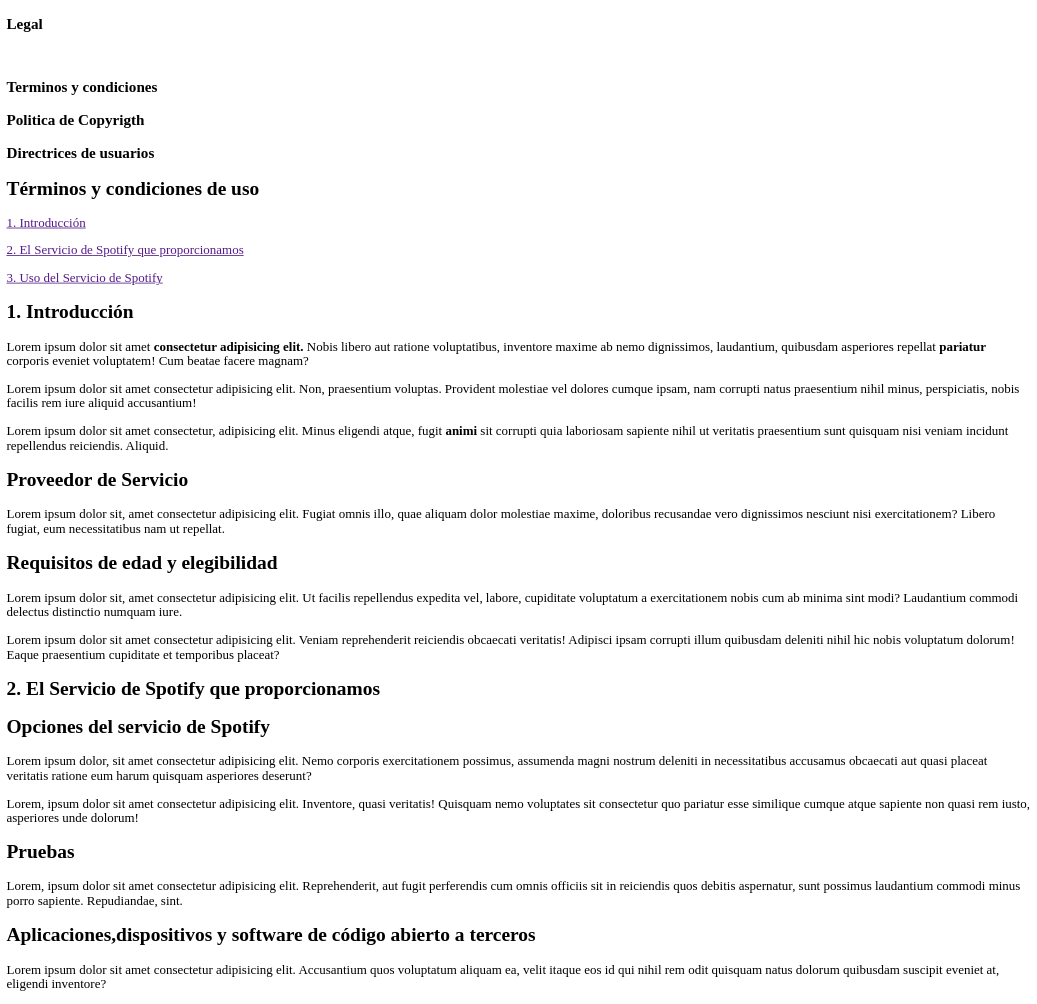
Repository: Devbenitez/Gen_30
Page: Gen_30/Maquetado/practicas/index.html
These files come from the project's save history. The page is drawn as it stood at one moment and after the next save; the edit follows.
The browser window is 1280 px wide. The pictures show the whole page, at 81% of full size.

Above is the page before, as saved 2023-11-07 23:30:09.

### Gen_30/Maquetado/practicas/index.html
<!DOCTYPE html>
<html lang="es">
    <meta charset="UTF-8" />
    <meta name="descripción" content="=practica1"/>
    <meta name="author" content="danielbenitez" />
<head>
<title>Practica spotify</title>
</head>
<body>
<main>
<h3><b>Legal</b></h3><br />
<h3>Terminos y condiciones</h3>
<h3>Politica de Copyrigth</h3>
<h3>Directrices de usuarios</h3>
</main>
<section>
    <h1>Términos y condiciones de uso</h1>
</section>
<section>
    <p><a href="">1. Introducción</a></p>
    <p><a href="">2. El Servicio de Spotify que proporcionamos</a></p>
    <p><a href="">3. Uso del Servicio de Spotify</a></p>
</section>
<section>
    <h1>1. Introducción</h1>
    <p>
        Lorem ipsum dolor sit amet <b>consectetur adipisicing elit.</b> Nobis libero aut ratione voluptatibus, inventore maxime ab nemo dignissimos, laudantium, quibusdam asperiores repellat <b>pariatur</b> corporis eveniet voluptatem! Cum beatae facere magnam?
    </p>
    <p>
        Lorem ipsum dolor sit amet consectetur adipisicing elit. Non, praesentium voluptas. Provident molestiae vel dolores cumque ipsam, nam corrupti natus praesentium nihil minus, perspiciatis, nobis facilis rem iure aliquid accusantium!
    </p>
    <p>
        Lorem ipsum dolor sit amet consectetur, adipisicing elit. Minus eligendi atque, fugit <b>animi</b> sit corrupti quia laboriosam sapiente nihil ut veritatis praesentium sunt quisquam nisi veniam incidunt repellendus reiciendis. Aliquid.
    </p>
    <h2>Proveedor de Servicio</h2>
    <p>
        Lorem ipsum dolor sit, amet consectetur adipisicing elit. Fugiat omnis illo, quae aliquam dolor molestiae maxime, doloribus recusandae vero dignissimos nesciunt nisi exercitationem? Libero fugiat, eum necessitatibus nam ut repellat.
    </p>
    <h2>Requisitos de edad y elegibilidad</h2>
    <p>
        Lorem ipsum dolor sit, amet consectetur adipisicing elit. Ut facilis repellendus expedita vel, labore, cupiditate voluptatum a exercitationem nobis cum ab minima sint modi? Laudantium commodi delectus distinctio numquam iure.
    </p>
    <p>
        Lorem ipsum dolor sit amet consectetur adipisicing elit. Veniam reprehenderit reiciendis obcaecati veritatis! Adipisci ipsam corrupti illum quibusdam deleniti nihil hic nobis voluptatum dolorum! Eaque praesentium cupiditate et temporibus placeat?
    </p>

    <h1>2. El Servicio de Spotify que proporcionamos</h1>
    <h2>Opciones del servicio de Spotify</h2>
    <p>
        Lorem ipsum dolor, sit amet consectetur adipisicing elit. Nemo corporis exercitationem possimus, assumenda magni nostrum deleniti in necessitatibus accusamus obcaecati aut quasi placeat veritatis ratione eum harum quisquam asperiores deserunt?
    </p>
    <p>
        Lorem, ipsum dolor sit amet consectetur adipisicing elit. Inventore, quasi veritatis! Quisquam nemo voluptates sit consectetur quo pariatur esse similique cumque atque sapiente non quasi rem iusto, asperiores unde dolorum!
    </p>
    <h2>Pruebas</h2>
    <p>
        Lorem, ipsum dolor sit amet consectetur adipisicing elit. Reprehenderit, aut fugit perferendis cum omnis officiis sit in reiciendis quos debitis aspernatur, sunt possimus laudantium commodi minus porro sapiente. Repudiandae, sint.
    </p>
    <h2>Aplicaciones,dispositivos y software de código abierto a terceros</h2>
    <p>
        Lorem ipsum dolor sit amet consectetur adipisicing elit. Accusantium quos voluptatum aliquam ea, velit itaque eos id qui nihil rem odit quisquam natus dolorum quibusdam suscipit eveniet at, eligendi inventore?
    </p>
</section>


</body>
</html>

After the next save:
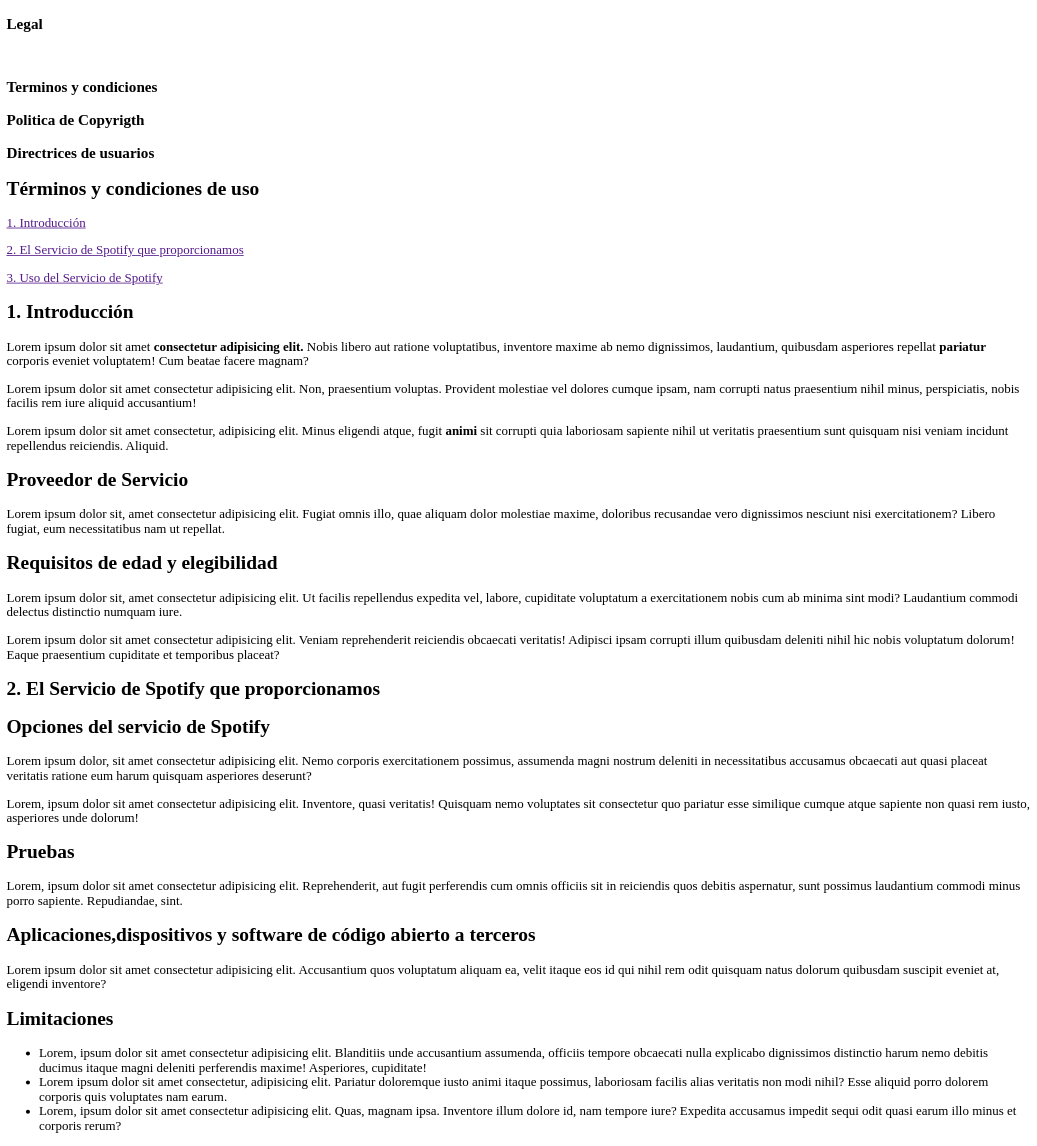
Saved 2 min 19 s later.
--- a/Gen_30/Maquetado/practicas/index.html
+++ b/Gen_30/Maquetado/practicas/index.html
@@ -60,6 +60,18 @@
     <p>
         Lorem ipsum dolor sit amet consectetur adipisicing elit. Accusantium quos voluptatum aliquam ea, velit itaque eos id qui nihil rem odit quisquam natus dolorum quibusdam suscipit eveniet at, eligendi inventore?
     </p>
+    <h2>Limitaciones</h2>
+    <ul>
+        <li>
+            Lorem, ipsum dolor sit amet consectetur adipisicing elit. Blanditiis unde accusantium assumenda, officiis tempore obcaecati nulla explicabo dignissimos distinctio harum nemo debitis ducimus itaque magni deleniti perferendis maxime! Asperiores, cupiditate!
+        </li>
+        <li>
+            Lorem ipsum dolor sit amet consectetur, adipisicing elit. Pariatur doloremque iusto animi itaque possimus, laboriosam facilis alias veritatis non modi nihil? Esse aliquid porro dolorem corporis quis voluptates nam earum.
+        </li>
+        <li>
+            Lorem, ipsum dolor sit amet consectetur adipisicing elit. Quas, magnam ipsa. Inventore illum dolore id, nam tempore iure? Expedita accusamus impedit sequi odit quasi earum illo minus et corporis rerum?
+        </li>
+    </ul>
 </section>
 
 
